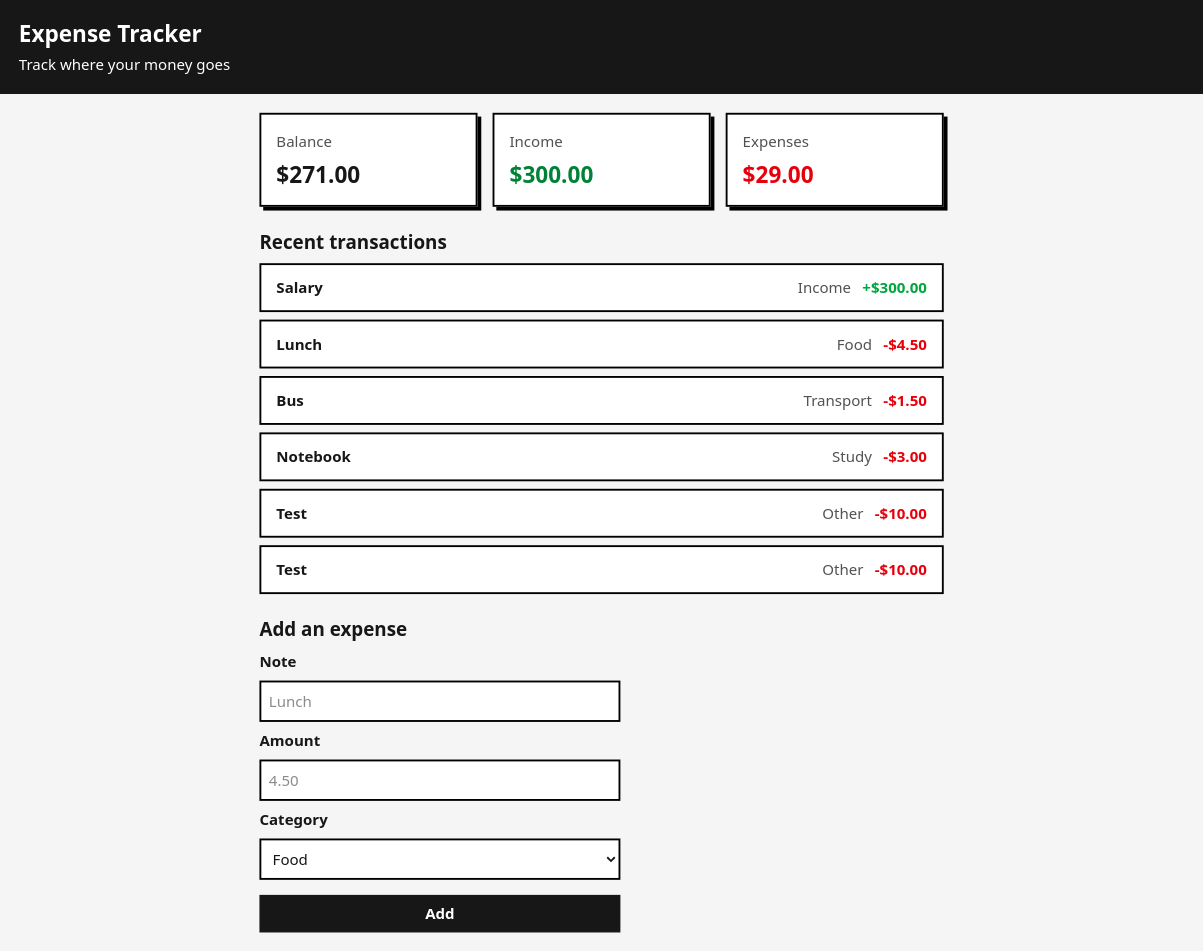
Repository: Keanbunheng/html-basics-Day1_AI
Page: expense-tracker-w2-d4-start/index.html
The author's editor kept a copy of each file at every save. The page is drawn from the files as they stood at one save, then again after a run of saves.
The browser window is 1280 px wide. The pictures show the whole page, at 94% of full size.

Above is the page before, as saved 2026-11-17 21:17:37.

After the next 5 saves:
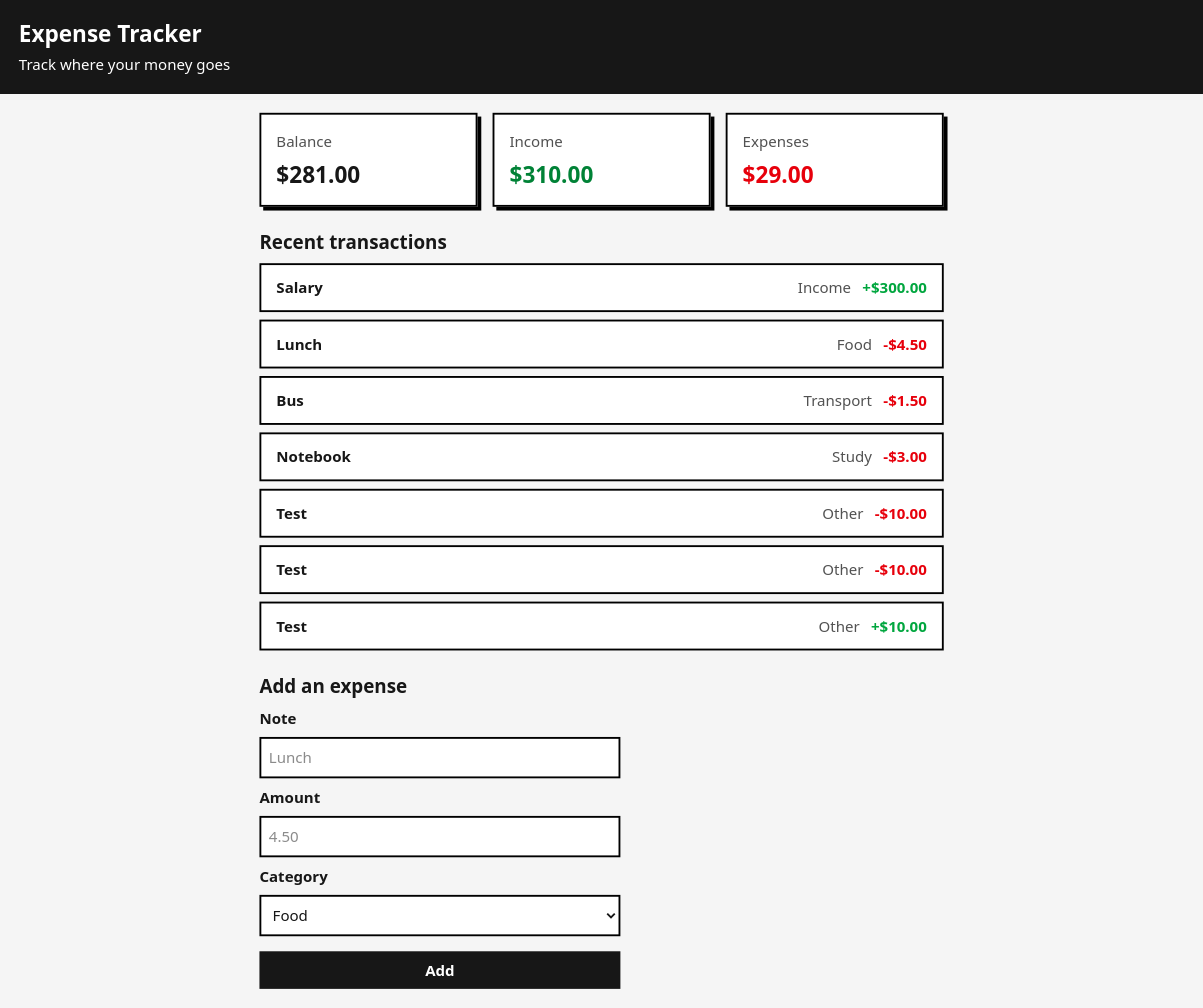
The 5 saves are shown as one change because they came seconds apart.
The last was saved 18 s later.
--- a/expense-tracker-w2-d4-start/app.js
+++ b/expense-tracker-w2-d4-start/app.js
@@ -142,5 +142,13 @@ transactions.push({
   amountCents: 1000,
 });
 
+transactions.push({
+  id: 6,
+  note: 'Test',
+  category: 'Other',
+  type: 'income',
+  amountCents: 1000,
+});
+
 ListShow();
 dashboardDetail();
